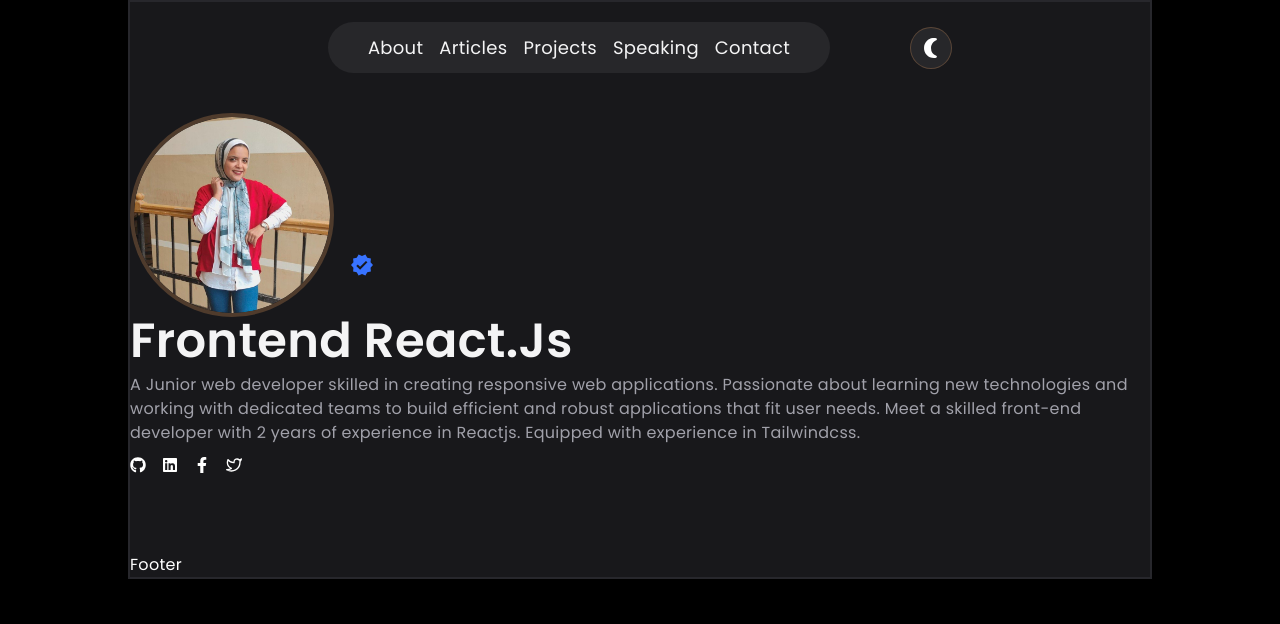
Repository: Wafaabahgat/Portfolio
Page: /
These files come from the project's save history. The page is drawn as it stood at one moment and after the next save; the edit follows.
The browser window is 1280 px wide. The pictures show the whole page.
The project was rebuilt for these pictures with package versions that can differ from the ones it lists, and the page was loaded fresh each time. Also part of the build but not shown: vite.config.ts, src/App.css, src/ErrorPage.tsx.

Above is the page before, as saved 2023-12-08 03:28:17.

After the next save:
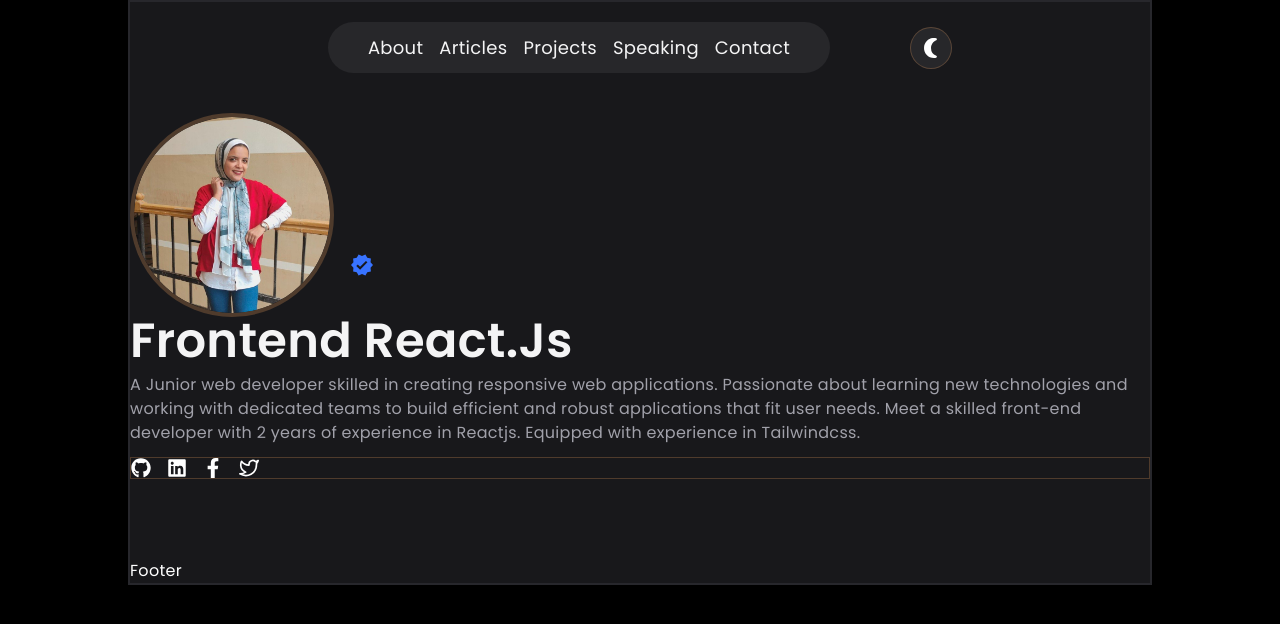
Saved 55 s later.
--- a/src/components/home/Hero.tsx
+++ b/src/components/home/Hero.tsx
@@ -28,7 +28,7 @@
             fit user needs. Meet a skilled front-end developer with 2 years of
             experience in Reactjs. Equipped with experience in Tailwindcss.
           </p>
-          <div className="flex gap-4">
+          <div className="flex gap-4 text-xl border-border-menu border">
             <FaGithub />
             <FaLinkedin />
             <FaFacebookF />

After the 2 saves that followed:
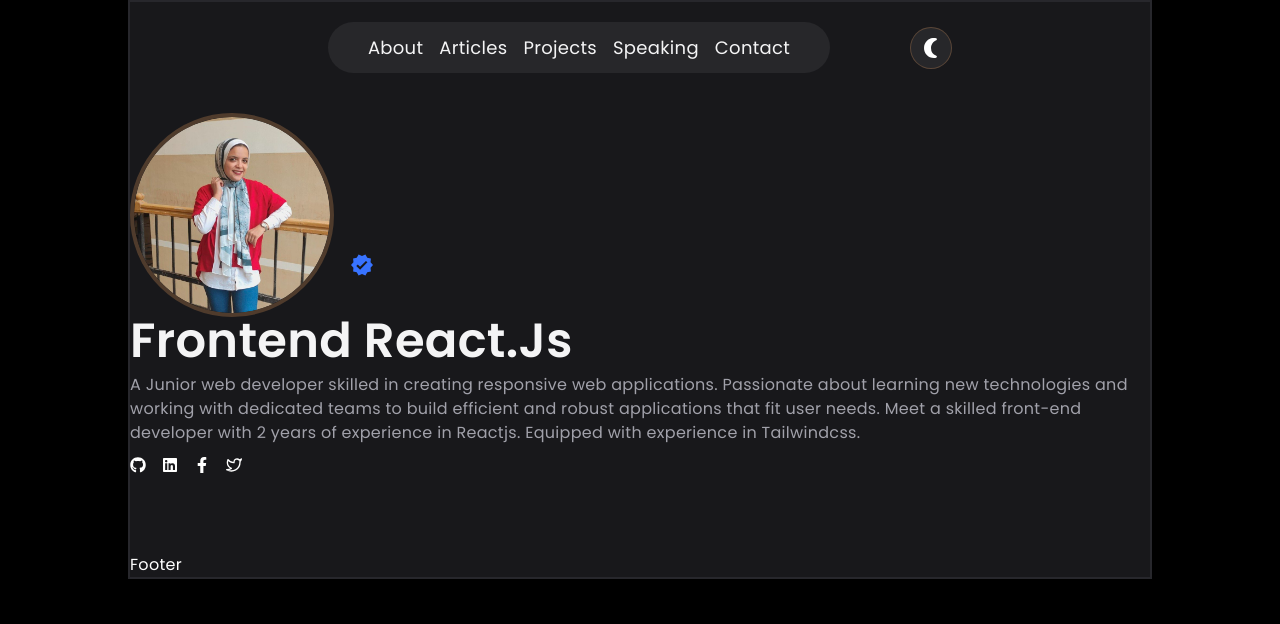
The 2 saves are shown as one change because they came seconds apart.
The last was saved 14 s later.
--- a/src/components/home/Hero.tsx
+++ b/src/components/home/Hero.tsx
@@ -28,8 +28,8 @@
             fit user needs. Meet a skilled front-end developer with 2 years of
             experience in Reactjs. Equipped with experience in Tailwindcss.
           </p>
-          <div className="flex gap-4 text-xl border-border-menu border">
-            <FaGithub />
+          <div className="flex gap-4 ">
+            <FaGithub cl/>
             <FaLinkedin />
             <FaFacebookF />
             <FiTwitter />
